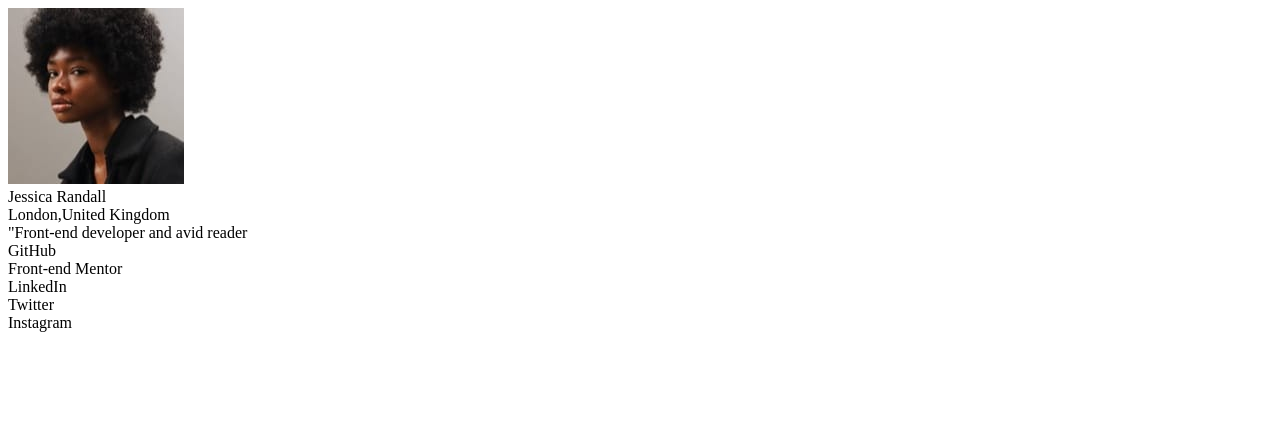
Repository: JosephAbatan05/Social-links-profile
Page: social-links-profile-main/index.html
These files come from the project's save history. The page is drawn as it stood at one moment and after the next save; the edit follows.
The browser window is 1280 px wide. The pictures show the whole page.

Above is the page before, as saved 2025-01-23 13:45:56.

After the next save:
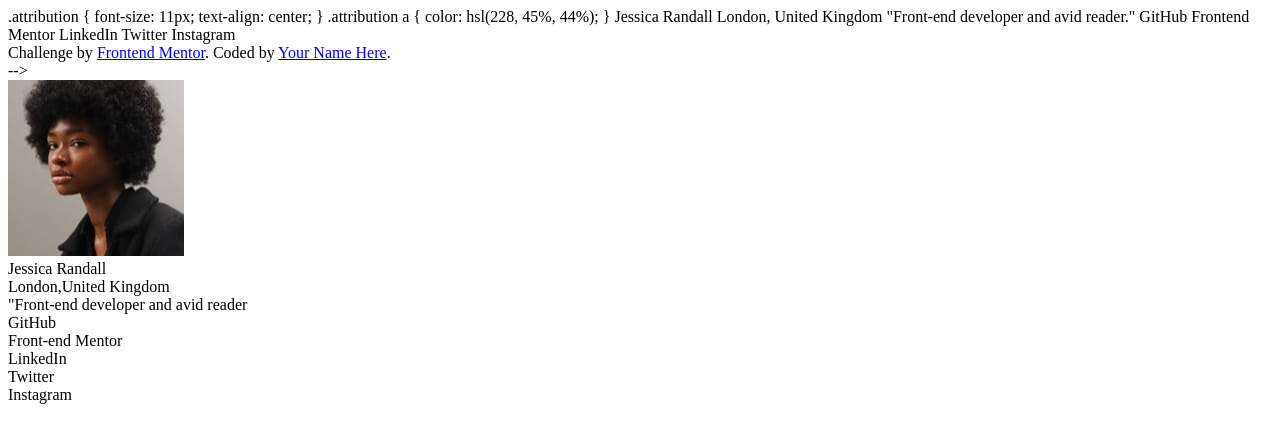
Saved 18 s later.
--- a/social-links-profile-main/index.html
+++ b/social-links-profile-main/index.html
@@ -7,6 +7,7 @@
   <link rel="icon" type="image/png" sizes="32x32" href="./assets/images/favicon-32x32.png">
 
   <title>Frontend Mentor | Social links profile</title>
+<L
 
   <!-- Feel free to remove these styles or customise in your own stylesheet 👍 --<style>
     .attribution { font-size: 11px; text-align: center; }
